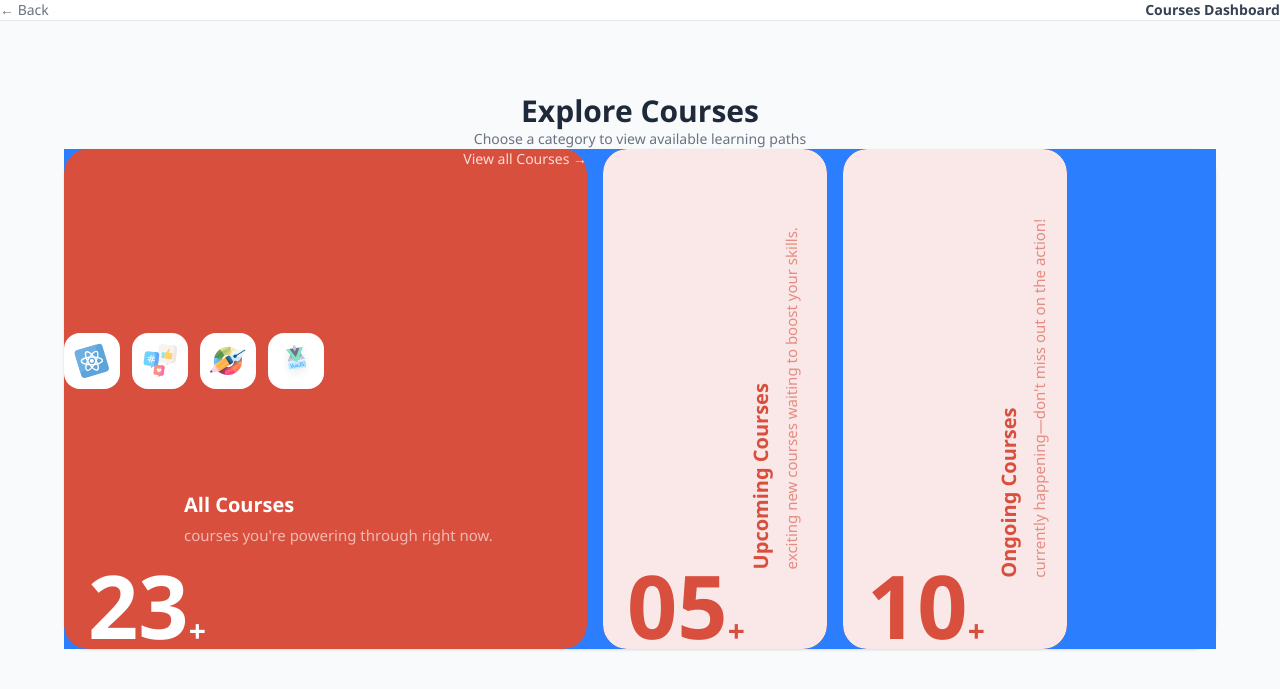
Repository: RahulRajKhadka/nextjs-dashboard-app
Page: /task2
These files come from the project's save history. The page is drawn as it stood at one moment and after the next save; the edit follows.
The browser window is 1280 px wide. The pictures show the whole page.
The project was rebuilt for these pictures with package versions that can differ from the ones it lists, and the page was loaded fresh each time. The framework's server and built-in components were replaced by stand-ins that run in the browser. Also part of the build but not shown: next.config.ts.

Above is the page before, as saved 2026-04-10 12:48:01.

After the next save:
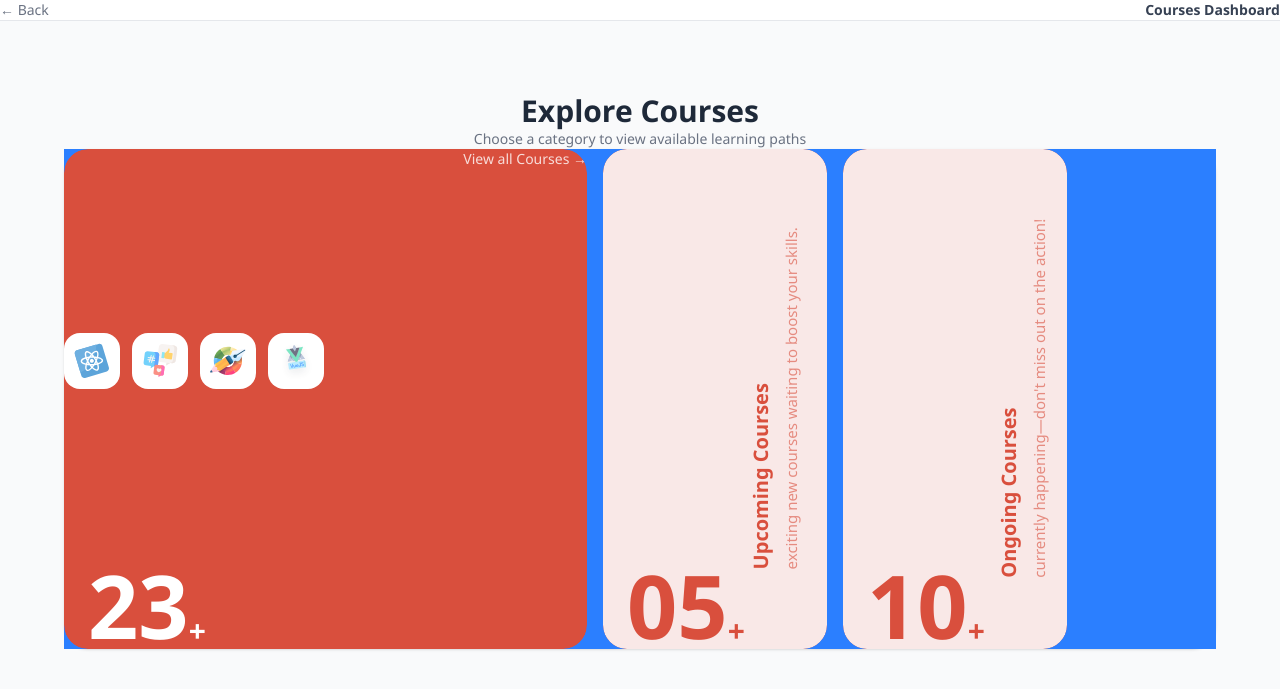
Saved 17 s later.
--- a/src/components/task2/CourseCard.tsx
+++ b/src/components/task2/CourseCard.tsx
@@ -88,7 +88,7 @@ export default function CourseCard({
         {
           rotation: 0,
           x: 120 ,
-          y: 120,
+          y: 400,
           color: "#ffffff",
           duration: 2,
           delay: 0,
